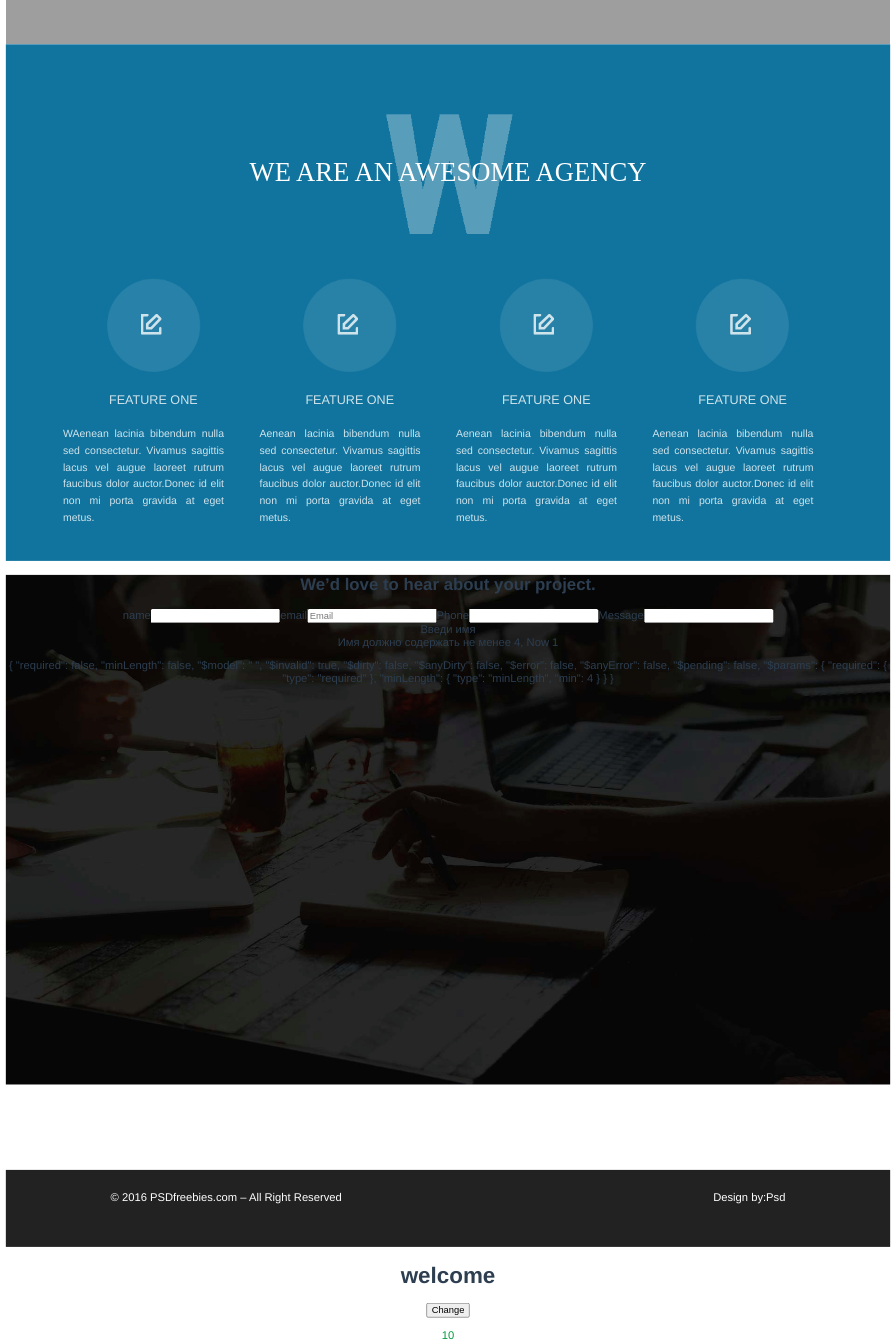
Repository: joker506/Creatives
Page: /
These files come from the project's save history. The page is drawn as it stood at one moment and after the next save; the edit follows.
The browser window is 1280 px wide. The pictures show the part of the page from y = 776 to 2696 px (the page is 2716 px tall), at 70% of full size.
Pictures or frames that could not be fetched are drawn as grey boxes. The project was rebuilt for these pictures with package versions that can differ from the ones it lists, and the page was loaded fresh each time.

Above is the page before, as saved 2020-04-11 23:51:40.

### public/index.html
<!DOCTYPE html>
<html lang="ru">

<head>
    <meta charset="utf-8">
    <meta http-equiv="X-UA-Compatible" content="IE=edge">
    <meta name="viewport" content="width=device-width,initial-scale=1.0">
    <link rel="icon" href="<%= BASE_URL %>favicon.ico">
    <title>
        <%= htmlWebpackPlugin.options.title %>
    </title>
</head>

<body>
    <noscript>
      <strong>We're sorry but <%= htmlWebpackPlugin.options.title %> doesn't work properly without JavaScript enabled. Please enable it to continue.</strong>
    </noscript>
    <div id="app"></div>
    <!-- built files will be auto injected -->
</body>

</html>

### src/main.js
import Vue from 'vue'
import Vuelidate from 'vuelidate'
import App from './App.vue'

Vue.use(Vuelidate)

Vue.config.productionTip = false

new Vue({
    render: h => h(App),
}).$mount('#app')

### src/App.vue
<template>
  <div id="app">
<HeaderApp />
<AdvantagesApp />
<TeamApp />
<FormApp />
<FooterApp />

    <HelloWorld
    @clicks="clickUp($event)"
       :msg=msg
       :counter=counter />
  </div>
</template>

<script>
import HelloWorld from './components/HelloWorld.vue'
import HeaderApp from './components/HeaderApp.vue'
import AdvantagesApp from './components/AdvantagesApp.vue'
import TeamApp from './components/TeamApp.vue'
import FormApp from './components/FormApp.vue'
import FooterApp from './components/FooterApp.vue'

export default {
  name: 'App',
  data(){

    return{
    msg:"welcome",
    counter:10,


    }

  },
  components: {
    HelloWorld,
    AdvantagesApp,
    HeaderApp,
    TeamApp,
    FormApp,
    FooterApp
  },
  methods:{
    clickUp(event){
      console.log("click")
      this.counter=event
    }
  }
}
</script>

<style>
#app {
  font-family: Avenir, Helvetica, Arial, sans-serif;
  -webkit-font-smoothing: antialiased;
  -moz-osx-font-smoothing: grayscale;
  text-align: center;
  color: #2c3e50;
  overflow: hidden;

}
</style>

### src/components/HelloWorld.vue
<template>
  <div class="hello">
    <h1>{{ msg }} </h1>
   <button @click="clickDown">Change</button>
   <p>{{counter}}</p>

  </div>
</template>

<script>
export default {
  name: 'HelloWorld',

  props: {
    msg: String,
    counter:Number

  },
  methods:{
    clickDown(){
      console.log("Your Click!")
      this.$emit("clicks",this.counter+1)

    }
  }
}
</script>

<style scoped>
h3 {
  margin: 40px 0 0;
}
ul {
  list-style-type: none;
  padding: 0;
}
li {
  display: inline-block;
  margin: 0 10px;
}
a {
  color: #42b983;
}
p{
  color:rgb(3, 156, 62);
}
</style>

### src/components/HeaderApp.vue
<template>

<header class="header">

<div class="header__top">
<a class="logo" href="#" >
    <img src="@/assets/Logo1.png" alt="logo">
</a>
<nav class="main-nav">
    <ul class="main-nav__items">
        <li class="item">
            <a href="#">Home</a> </li>
        <li class="item">
            <a href="#">Pages</a> </li>
        <li class="item">
            <a href="#">Features</a> </li>
        <li class="item">
            <a href="#">Extensions</a> </li>
        <li class="item">
            <a href="#">Tutorials</a> </li>
        <li class="item">
            <a href="#">Contact us</a> </li>
    </ul>
</nav>

<div class="social">
    <ul class="social__items">
        <li class="social__item social__item--fb">
            <a class="social__link" href="#"></a></li>
        <li class="social__item social__item--insta">
            <a class="social__link" href="#"></a></li>
        <li class="social__item social__item--teleg">
            <a class="social__link" href="#"></a></li>
        <li class="social__item social__item--vk">
            <a class="social__link" href="#"></a></li>
    </ul>
</div>

</div>
<div class="header__main">

<h1 class="header__title" >Creatives</h1>
<p class="text"><a href="Power by PSDfreebies.com"> Power by PSDfreebies.com</a></p>

<span class="btn__main">
    <a @click="scrollDown" href="#team" class="btn__main-link">scroll down</a>
</span>
</div>


</header>

</template>

<script>
export default {
    name:'HeaderApp',
    methods:{
        scrollDown(){
            console.log("scroll")
        }
    },

    directives:{
        font:{
            bind(el){
            el.style.fontSize='50px'
            }
        },
        color:{
            bind(el){
                el.style.color='#ffffff'
            }
        }
    }


}
</script>

<style lang="scss">
.header{
    margin: 0;
    padding: 0;
    max-width: 1600px;
    padding-top: 20px;
    font-size: 18px;
    background-image: url("~@/assets/Layer96.jpg");
    background-repeat: no-repeat;
    background-position: 0 0;
    background-size: cover;
}

.header__top{
    padding-right: 15px;
    padding-left: 15px;
    display: flex;
    justify-content: space-between;
    height: 90px;
    border-bottom: 3px solid hsla(0, 0%, 47%, 0.5);
}
.wrapper{
    width: 1200px;
}
.logo {
    list-style: none;
    cursor: pointer;
    color: #000000 ;
    &>img{
    width:79px;
    height:75px;
    }
}

.main-nav{
margin-left: 220px;
margin-right: 40px;
//border: 1px solid greenyellow;
}
.main-nav__items{
padding: 0;
margin: 0;
display: flex;
justify-content: space-between;
width: 700px;
height: 85px;
}
.item{
    width: 100px;
    height: 83px;
    list-style: none;
    font-family: "Myriad Pro";
    font-size: 20px;
    font-weight: 400;
    color: #ffffff;
    &:hover{
        border-bottom: 6px solid #11749e;
    }
    &>a{
        display: block;
        padding-top: 30px;
        height: 50px;
        text-decoration: none;
        color: #868686;
   /*  &:hover{
        color: blue;
    } */

    }
}
.social{
width: 141px;
}
.social__items{
    margin: 0;
    padding: 0;
    display: flex;
    justify-content: space-between;
    list-style: none;
}

.social__item{
    width: 20px;
    height: 20px;
    margin-top: 30px;
    position: relative;
    &--fb{
        background-image: url("~@/assets/facebook.svg");
        &:hover{
        background-image: url("~@/assets/fb-active.svg");
        }
    }
     &--insta{
        background-image: url("~@/assets/instagram.svg");
    }
     &--teleg{
        background-image: url("~@/assets/telegram.svg");
    }
     &--vk{
        background-image: url("~@/assets/vk.svg");
    }
    &::before{
        content: '';
        position: absolute;
        width: 30px;
        height: 30px;
         background-position: 0 0;
        background-repeat: no-repeat;
}
}


.social__link{
    display: block;
    padding-top: 30px;
    height: 50px;
    color: #868686;
    text-decoration: none;
}
/*
.header__main{
    height: 766px;
} */

.header__title{
    margin: 0 auto;
    margin-top: 130px;
    font-family: Gotham;
    font-size: 153px;
    font-weight: 700;
    text-transform: uppercase;
    letter-spacing: -1.92px;
}

.text{
margin: 0 auto;
margin-top: 30px;
color: #11749e;
font-family: Gotham;
font-size: 25px;
font-weight: 500;
line-height: 51.19px;
text-transform: uppercase;
letter-spacing: 7.88px;
}
.text>a{
    text-decoration: none;
    color: bisque;
}
.btn__main{
    display: block;
    margin-top: 115px;
    padding-bottom: 115px;
    position: relative;

}
.btn__main-link{
    color:beige;
    cursor: pointer;
    font-weight: 500;
    line-height: 22px;
    text-transform: capitalize;
        &::after{
        content: '';
        display: block;
        left: 50%;
        margin: auto;
        margin-top: 15px;
        width: 65px;
        height: 65px;
        background-image: url("~@/assets/chevron.svg");
        background-repeat: no-repeat;
        background-position: 0 0;
        background-size: cover;
        }
        &:hover{
color: #11749e;
}
}



</style>

### src/components/AdvantagesApp.vue
<template >
<section class="advantages" >
    <div class="wrap">
<h2 class="advantages__title">
    We Are An Awesome Agency
</h2>
    </div>
    <div class="advantages-block">
<div class="block__first">
   <div><img src="~@/assets/Ellipse1.png" alt="ellipse"></div>
    <h3 class="block__title">Feature One</h3>
    <p class="block__text">WAenean lacinia bibendum nulla sed consectetur. Vivamus sagittis lacus vel augue laoreet rutrum faucibus dolor auctor.Donec id elit non mi porta gravida at eget metus.
</p>
</div>
<div class="block__first">
    <div><img src="~@/assets/Ellipse1.png" alt="ellipse"></div>
    <h3 class="block__title">Feature One</h3>
     <p class="block__text">Aenean lacinia bibendum nulla sed consectetur. Vivamus sagittis lacus vel augue laoreet rutrum faucibus dolor auctor.Donec id elit non mi porta gravida at eget metus.
</p>
</div>
<div class="block__first">
    <div><img src="~@/assets/Ellipse1.png" alt="ellipse"></div>
    <h3 class="block__title">Feature One</h3>
     <p class="block__text">Aenean lacinia bibendum nulla sed consectetur. Vivamus sagittis lacus vel augue laoreet rutrum faucibus dolor auctor.Donec id elit non mi porta gravida at eget metus.
</p>
</div>
<div class="block__first">
    <div><img src="~@/assets/Ellipse1.png" alt="ellipse"></div>
    <h3 class="block__title">Feature One</h3>
    <p class="block__text">Aenean lacinia bibendum nulla sed consectetur. Vivamus sagittis lacus vel augue laoreet rutrum faucibus dolor auctor.Donec id elit non mi porta gravida at eget metus.
</p>
</div>
</div>

</section>
</template>

<script>
export default {
    name:'AdvantagesApp',

}
</script>

<style lang="scss">

.advantages{
max-width: 1600px;
height: 738px;
background-color: #11749e;
}
.wrap{
    margin: 0;
}
.advantages-logo{
margin-top: 108px;
    opacity: 0.3 ;
}

.advantages__title{
    margin: 0;
padding-top: 170px;
margin-bottom: 140px;
color: #ffffff;
font-family: Gotham;
font-size: 38px;
font-weight: 500;
line-height: 25px;
text-transform: uppercase;
position: relative;
&::before{
    content: '';
    position: absolute;
    top: 100px;
    left: 43%;
    width: 180px;
    height: 180px;
    opacity: 0.3;
    background-image: url("~@/assets/W.png");
    background-size: contain;
    background-repeat: no-repeat;
    background-position: 0 0;
}
}
.advantages-block{
    width: 1100px;
    margin: 0 auto;
    display: flex;
    justify-content: space-between;
}
.block__first{
    width: 258px;

    color: #ffffff;
    opacity: 0.8;


}
.block__first>div{
    opacity: 1;
    position: relative;
      &::before{
    content: '';
    position: absolute;
    top: 50px;
    left: 111px;
    width: 30px;
    height: 30px;
    background-image: url("~@/assets/Write.svg");
    background-position: 0 0;
    background-repeat: no-repeat;
    background-size: contain;
}
    }


.block__title{
    font-size: 18px;
font-weight: 500;
line-height: 36px;
text-transform: uppercase;

}
.block__text{
    width: 230px;
text-align: justify;    ;
font-size: 15px;
font-weight: 400;
line-height: 24px;
}
</style>

### src/components/TeamApp.vue
<template>
<section class="team" id="team">
<div class="wrap">
<h2 class="team__title">Our Team</h2>
<p class="team__text">sales long tail influencer pitch release niche market.</p>
</div>

<div class="team-block">

<div v-for="staff in staffs" :key="staff.id" class="staff__first" >
    <img :src="require('@/assets'+staff.img)" alt="">
    <div class="staff-wrap">
    <h3 class="staff__title">{{staff.name}}</h3>
    <span class="staff__prof">{{staff.proff}}</span>
    </div>
</div>

    </div>

    </section>
</template>

<script>
export default {
    name:'TeamApp',
    data(){
        return{
            staffs:[
                {
                    id:1,
                    name:"JOHN SNOW",
                    proff:"CEO",
                    img:'/Layer81.png'
                },
                {
                    id:2,
                    name:"LADY SANSA",
                    proff:"WebDesigner",
                    img:'/Layer82.png'
                },
                {
                    id:3,
                    name:"JOHN MMAc",
                    proff:"Pgotographer",
                    img:'/Layer83.png'
                },
                {
                    id:4,
                    name:"LADY SIMPS",
                    proff:"Pgotographer",
                    img:'/Layer84.png'
                },


            ]
        }
    }
}
</script>

<style lang="scss">
.team{
    margin: 0;
    padding: 0;
    max-width: 1600px;
padding-bottom: 10px;
background-color: #f3f0f0;
}
.team__title{
margin: 0;
padding: 0;
padding-top: 140px;
font-size: 38px;
font-weight: 500;
line-height: 45px;
text-transform: uppercase;
position: relative;
&::before{
    content: '';
    position: absolute;
    top: 70px;
    left: 45%;
    width: 120px;
    height: 180px;
    background-image: url('~@/assets/T.png');
    background-position: 0 0;
    background-repeat: no-repeat;
    background-size: contain;
}
}
.team__text{
    margin-top: 140px;
    color: #222222;
font-family: "Gotham - Book";
font-size: 30px;
font-weight: 400;
line-height: 37px;
}
.team-block{
    margin-top: 70px;
    width: 1200px;
    margin: 0 auto;
    display: flex;
    justify-content: space-between;

}
.staff__first {
    width: 270px;
    height: 480px;
    position: relative;
}

.staff-wrap{
    position: absolute;
    top: 360px;
    left: 25px;
    width: 216px;
    height: 117px;
    background-color: #ffffff;
    &:hover{
        border: 1px solid rgb(245, 243, 243);
        box-shadow: 0px 0px 10px 5px rgb(225, 229, 233);
    }
    }
.staff__title{
    color: #11749e;
font-family: Gotham;
font-size: 20px;
font-weight: 500;
line-height: 24px;
text-transform: uppercase;
}

.staff__prof{
    font-family: Gotham;
    font-size: 15px;
    font-weight: 600;
    line-height: 24px;
}
</style>

### src/components/FormApp.vue
<template>
<div class="form">
<h2 class="form__title">We’d love to hear about your project.</h2>
<form action="">
    <label for="name">name</label>
    <input type="text"
            id="name"
            @blur="$v.name.$touch()"
            :class="{'input__wrong':$v.name.$error}"
            v-model="name"
            placeholder="Name">

    <label for="email">email</label>
    <input type="email"
           id="email"
           v-model="email"
           @blur="$v.email.$touch()"
           :class="{'input__wrong':$v.email.$error}"
           placeholder="Email"
           >
    <label for="phone">Phone</label>
    <input type="phone"
            id="phone"
            v-model="phone"
            @blur="$v.phone.$touch()"
            placeholder="Phone"
           >
    <label for="Message">Message</label>
    <input type="textarea"
            id="Message"
            v-model="message"
            >

    <div class="" v-if="!$v.name.required">Введи имя </div>
    <div class="" v-if="!$v.name.minLength">Имя должно содержать не менее {{4}}, Now {{name.length}}</div>

</form>
<p>{{$v.name}}</p>
</div>

</template>

<script>

import {required,email,phone,minLength } from 'vuelidate/lib/validators'

export default {
name:'FormApp',
data(){
    return{
    name:" ",
    required:" ",
    email:" ",
    phone:" "
    }
},

validations:{
    name:{
    required,
    minLength:minLength(4),
    //pattern:
},
    email:{
    required,
    email
},
    phone:{
        required,
        phone,
    },
}
}

</script>

<style>
.form{
    max-width: 1600px;
    height: 850px;
    background-image: url("~@/assets/form-logo.png");
    background-repeat: no-repeat;
    background-size: contain;
}
.input__wrong{
    box-shadow: 0 0 5px 5px pink;
}


</style>

### src/components/FooterApp.vue
<template>
<footer class="footer">
    <div class="copyright">© 2016 PSDfreebies.com – All Right Reserved</div>
    <div class="design">
        <p>Design by:Psd</p>
    </div>
</footer>
</template>

<script>
export default {
    name:'FooterApp'
}
</script>>
<style lang="scss">
.footer{
    max-width: 1600px;
    height: 110px;
    background-color: #222222;
    padding-right: 150px;
    padding-left: 150px;
    display: flex;
    justify-content: space-between;
}
.copyright,
.design{
    color: #ffffff;
    padding-top: 30px;
}
.design>p{
    margin: 0;
}
</style>

After the next save:
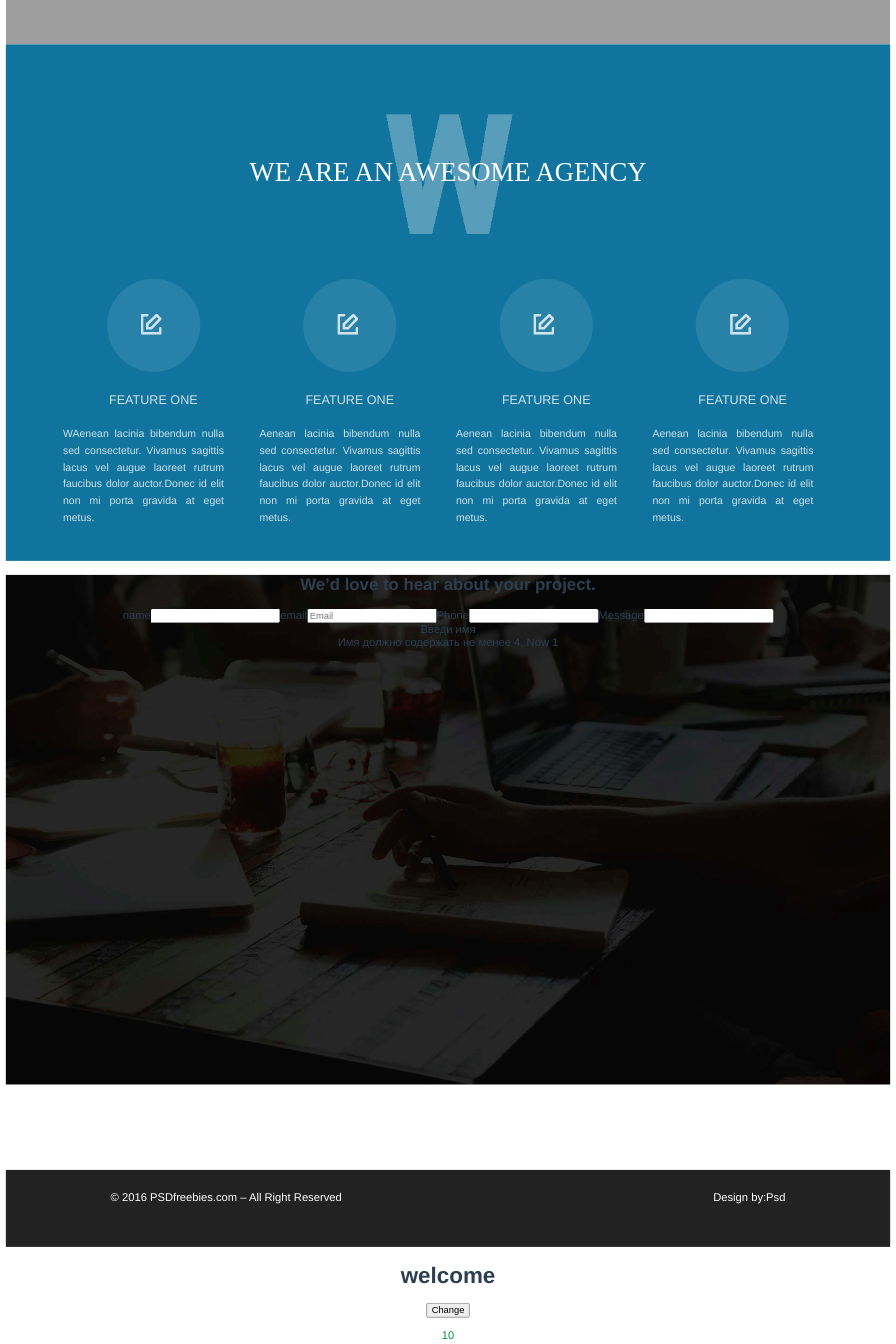
Saved 99 s later.
--- a/src/components/FormApp.vue
+++ b/src/components/FormApp.vue
@@ -35,7 +35,7 @@
     <div class="" v-if="!$v.name.minLength">Имя должно содержать не менее {{4}}, Now {{name.length}}</div>
 
 </form>
-<p>{{$v.name}}</p>
+<p>{{$v.message}}</p>
 </div>
 
 </template>
